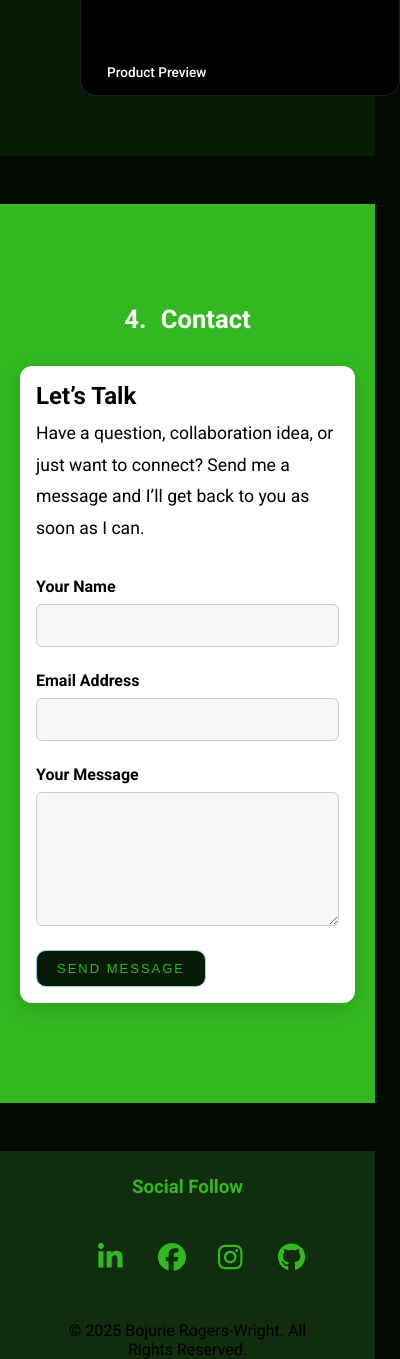
Repository: Bojurie/Portfolio_2022
Page: /
These files come from the project's save history. The page is drawn as it stood at one moment and after the next save; the edit follows.
The browser window is 375 px wide. The page is 400 px wide, so the pictures cover 400 px, including what lies to the right of the window. The pictures show the part of the page from y = 4637 to 6205 px (the page is 5996 px tall before and 6205 px after).
Pictures or frames that could not be fetched are drawn as grey boxes. The project was rebuilt for these pictures with package versions that can differ from the ones it lists, and the page was loaded fresh each time. Also part of the build but not shown: src/component/pages/Resume.css, src/component/pages/Resume.js. Imported but missing from the stored project, and not drawn on this page: src/component/Resume.pdf, src/component/images/video.mp4, src/component/videos/Screen Recording 2022-04-01 at 8.22.57 PM.mov, src/component/videos/Screen Recording 2022-04-01 at 8.23.25 PM.mov, src/component/videos/Screen Recording 2022-04-01 at 8.25.20 PM.mov, src/component/videos/Screen Recording 2022-04-01 at 8.27.28 PM.mov, src/component/videos/Screen Recording 2022-04-01 at 8.28.35 PM.mov, src/component/videos/Screen Recording 2022-04-01 at 8.30.37 PM.mov and 3 more.

Above is the page before, as saved 2025-04-21 02:22:47.

### public/index.html
<!DOCTYPE html>
<html lang="en">
  <head>
    <meta charset="utf-8" />
    <link rel="icon" href="%PUBLIC_URL%/favicon.ico" />
    <meta name="viewport" content="width=device-width, initial-scale=1" />
    <meta name="theme-color" content="#000000" />
    <meta
      name="description"
      content="Web site created using create-react-app"
    />
    <link rel="apple-touch-icon" href="%PUBLIC_URL%/logo192.png" />


    <link rel="manifest" href="%PUBLIC_URL%/manifest.json" />
    <!--
      Notice the use of %PUBLIC_URL% in the tags above.
      It will be replaced with the URL of the `public` folder during the build.
      Only files inside the `public` folder can be referenced from the HTML.

      Unlike "/favicon.ico" or "favicon.ico", "%PUBLIC_URL%/favicon.ico" will
      work correctly both with client-side routing and a non-root public URL.
      Learn how to configure a non-root public URL by running `npm run build`.
    -->
    <title>Bojurie Rogers-Wright | | Tech</title>
     <link rel="shortcut icon" href="%PUBLIC_URL%/favicon.ico">
    <link rel="apple-touch-icon" sizes="180x180" href="/apple-touch-icon.png">
    <link rel="icon" type="image/png" sizes="32x32" href="/favicon-32x32.png">
    <link rel="icon" type="image/png" sizes="16x16" href="/favicon-16x16.png">
    <link rel="manifest" href="/site.webmanifest">


    <link rel="preconnect" href="https://fonts.googleapis.com">
    <link rel="preconnect" href="https://fonts.gstatic.com" crossorigin>
    <link href="https://fonts.googleapis.com/css2?family=Montserrat:ital,wght@0,100;0,200;0,300;0,400;0,500;0,600;0,700;0,800;0,900;1,100;1,200;1,300;1,400;1,500;1,600;1,700;1,800;1,900&family=Roboto:ital,wght@0,300;0,400;0,500;0,700;1,300&display=swap" rel="stylesheet">
  </head>
  <body>
    <noscript>You need to enable JavaScript to run this app.</noscript>
    <div id="root"></div>

   <script>

   </script>
  </body>
</html>

### src/index.js
import React from 'react';
import ReactDOM from 'react-dom';
import App from './App'

ReactDOM.render(
  <React.StrictMode>
      <App />
  </React.StrictMode>,
  document.getElementById("root"))

### src/App.js
import React from "react";
import { BrowserRouter as Router, Routes, Route } from "react-router-dom";
import { AnimatePresence, motion } from "framer-motion";

import Home from "./component/pages/Home";
import About from "./component/pages/About";
import Project from "./component/pages/Project";
import Contact from "./component/pages/Contact";
import Resume from "./component/pages/Resume";
import Header from "./component/Header";
import Footer from "./component/pages/Footer";
import "./App.css";

const App = () => {
  return (
    <Router>
      <div className="app">
        <Header />
        <AnimatePresence mode="wait">
          <Routes>
            <Route
              path="/"
              element={
                <motion.div
                  initial={{ opacity: 0 }}
                  animate={{ opacity: 1 }}
                  exit={{ opacity: 0 }}
                >
                  <Home />
                </motion.div>
              }
            />
            <Route
              path="/about"
              element={
                <motion.div
                  initial={{ opacity: 0 }}
                  animate={{ opacity: 1 }}
                  exit={{ opacity: 0 }}
                >
                  <About />
                </motion.div>
              }
            />
            <Route
              path="/project"
              element={
                <motion.div
                  initial={{ opacity: 0 }}
                  animate={{ opacity: 1 }}
                  exit={{ opacity: 0 }}
                >
                  <Project />
                </motion.div>
              }
            />
            <Route
              path="/contact"
              element={
                <motion.div
                  initial={{ opacity: 0 }}
                  animate={{ opacity: 1 }}
                  exit={{ opacity: 0 }}
                >
                  <Contact />
                </motion.div>
              }
            />
            <Route
              path="/resume"
              element={
                <motion.div
                  initial={{ opacity: 0 }}
                  animate={{ opacity: 1 }}
                  exit={{ opacity: 0 }}
                >
                  <Resume />
                </motion.div>
              }
            />
          </Routes>
        </AnimatePresence>
        <Footer />
      </div>
    </Router>
  );
};

export default App;

### src/component/pages/Home.js
import React from "react";
import Hero from "../Hero";
import About from "./About";
import Project from "./Project";
import Contact from "./Contact";
import "./Home.css";

const Home = () => {
  return (
    <main className="home">
      <Hero />
      <About />
      <Project />
      <Contact />
    </main>
  );
};

export default Home;

### src/component/pages/About.js
import React from "react";
import "./About.css";
import image from "../images/IMG_0699-2.jpg";

const About = () => {
  return (
    <section className="about-section" id="about">
      <div className="about-container">
        <h2 className="about-title">
          <span className="highlighted">2.</span> About Me
        </h2>

        <div className="about-content">
          <div className="about-image">
            <img src={image} alt="Bojurie Rogers-Wright" />
          </div>

          <div className="about-text">
            <p>
              I'm <strong>Bojurie Rogers-Wright</strong>, a passionate
              full-stack developer focused on building elegant, responsive, and
              scalable web and mobile applications. I thrive on transforming
              ideas into impactful digital experiences — blending creativity
              with clean, functional code.
            </p>

            <p>
              My journey into tech began in 2004, sparked by a curiosity for
              hardware and systems. Over the years, I've grown through
              self-learning, professional experience, and a deep love for
              solving problems through software. Since 2019, I've been immersed
              in JavaScript ecosystems, collaborating on a variety of projects
              across startups, agencies, and client-based work.
            </p>

            <p>
              Today, I specialize in developing full-stack solutions with
              intuitive UI, efficient backend logic, and modern DevOps
              practices. I’m constantly learning and pushing boundaries to build
              accessible, high-performing applications.
            </p>

            <h3 className="skills-heading">🛠 Technologies I Work With:</h3>

            <div className="about-skills">
              <ul>
                <li>JavaScript (ES6+)</li>
                <li>React.js & React Native</li>
                <li>Next.js</li>
                <li>HTML5 / CSS3 / Sass</li>
              </ul>
              <ul>
                <li>Node.js</li>
                <li>Express.js</li>
                <li>MongoDB & MySQL</li>
                <li>Git & GitHub</li>
              </ul>
            </div>
          </div>
        </div>
      </div>
    </section>
  );
};

export default About;

### src/component/pages/Contact.js
import React, { useState, useRef } from "react";
import emailjs from "@emailjs/browser";
import Button from "../Button";
import "./Contact.css";

const Contact = () => {
  const form = useRef();
  const [submitted, setSubmitted] = useState(false);

  const sendEmail = (e) => {
    e.preventDefault();

    emailjs
      .sendForm(
        "service_sgy2c6a",
        "template_hlu2f0r",
        form.current,
        "user_ekwueKu8ixfoPD5a4qf2n"
      )
      .then(
        (result) => {
          console.log(result.text);
          setSubmitted(true);
        },
        (error) => {
          console.log(error.text);
        }
      );

    e.target.reset();
  };

  return (
    <section className="contact-section" id="contact">
      <div className="contact-container">
        <h2 className="contact-title">
          <span className="highlighted">4.</span> Contact
        </h2>

        <div className="contact-wrapper">
          <div className="contact-info">
            <h3>Let’s Talk</h3>
            <p>
              Have a question, collaboration idea, or just want to connect? Send
              me a message and I’ll get back to you as soon as I can.
            </p>
          </div>

          <form ref={form} onSubmit={sendEmail} className="contact-form">
            {submitted && (
              <p className="success-message">
                ✅ Message sent! Thanks for reaching out.
              </p>
            )}

            <div className="form-group">
              <label htmlFor="name">Your Name</label>
              <input type="text" name="name" id="name" required />
            </div>

            <div className="form-group">
              <label htmlFor="email">Email Address</label>
              <input type="email" name="email" id="email" required />
            </div>

            <div className="form-group">
              <label htmlFor="message">Your Message</label>
              <textarea
                name="message"
                id="message"
                rows="6"
                required
              ></textarea>
            </div>

            <Button type="submit">Send Message</Button>
          </form>
        </div>
      </div>
    </section>
  );
};

export default Contact;

### src/component/Header.js
import React from "react";
import Navbar from "./Navbar";
import "./Header.css";

const Header = () => {
  return (
    <header className="header">
      <Navbar />
    </header>
  );
};

export default Header;

### src/component/pages/Footer.js
import React from "react";
import SocialFollow from "../../SocialFollow";
import "./Footer.css";

const Footer = () => {
  const year = new Date().getFullYear();

  return (
    <footer className="footer">
      <div className="container">
        <div className="footer-wrapper">
          <SocialFollow />
          <p className="footer-copy">
            © {year} Bojurie Rogers-Wright. All Rights Reserved.
          </p>
        </div>
      </div>
    </footer>
  );
};

export default Footer;

### src/App.css
* {
  margin: 0;
  padding: 0;
  box-sizing: border-box;
}

body {
  font-family: 'Roboto', sans-serif;
  background-color: rgb(4, 10, 3);
}

.container {
  padding: 0 60px;
}

h1 {
  text-transform: uppercase;
  letter-spacing: 2px;
  font-size: 30px;
  text-align: center;
}

/* hr {
  width: 140px;
  background-color: black;
} */

.navBar {
  position: relative;
}

.navBar button {
  position: fixed;
  left: 40px;
  top: 40px;
  z-index: 10;
  cursor: pointer;
}

.menuNav {
  overflow-y: scroll;
  list-style: none;
  position: fixed;
  top: 0;
  background-image: linear-gradient(rgb(8, 27, 6), rgb(50, 185, 32));
  left: 0;
  bottom: 0;
  height: 100vh;
  width: 0;
  overflow: hidden;
  max-width: 290px;
  z-index: 9;
}

.menuNav.showMenu {
  width: 100%;
}

a {
  display: flex;
  padding: 30px;
  text-decoration: none;
  text-transform: uppercase;
  font-weight: bold;
}

.menuNav li:first-child {
  margin-top: 7rem;
}

@media screen and (max-width: 414px) {}

### src/component/Hero.js
import React from "react";
import "./Hero.css";
import backgroundVideo from "./images/video.mp4";
import Button from "./Button";

const Hero = () => {
  return (
    <section className="hero-container">
      <div className="hero-overlay">
        <video autoPlay loop muted playsInline className="hero-video">
          <source src={backgroundVideo} type="video/mp4" />
          Your browser does not support the video tag.
        </video>
      </div>

      <div className="hero-content">
        <h3>Welcome to</h3>
        <h2>B-Wright Codes</h2>
        <p>
          Creating beautiful Web and Mobile applications with different
          functionalities while keeping the code clean.
        </p>
        <Button>View Code Work</Button>
      </div>
    </section>
  );
};

export default Hero;

### src/component/pages/Home.css
.home {
  scroll-behavior: smooth;
  /* background-color: #fff; */
  color: #000;
}

section {
  margin-bottom: 5rem;
}

@media screen and (max-width: 768px) {
  section {
    margin-bottom: 3rem;
  }
}

### src/component/pages/About.css
.about-section {
  background-color: #f7f7f7;
  padding: 5rem 2rem;
}

.about-container {
  max-width: 1200px;
  margin: 0 auto;
}

.about-title {
  font-size: 2.5rem;
  font-weight: 700;
  margin-bottom: 3rem;
  text-align: left;
  color: #222;
}

.highlighted {
  color: #32b920;
  margin-right: 0.5rem;
}

.about-content {
  display: flex;
  align-items: flex-start;
  gap: 3rem;
  flex-wrap: wrap;
}

.about-image img {
  max-width: 300px;
  width: 100%;
  border-radius: 12px;
  object-fit: cover;
  box-shadow: 0 6px 20px rgba(0, 0, 0, 0.15);
}

.about-text {
  flex: 1;
  min-width: 280px;
}

.about-text p {
  font-size: 1.1rem;
  line-height: 1.8;
  margin-bottom: 1.5rem;
  color: #333;
}

.skills-heading {
  font-size: 1.2rem;
  margin-top: 2rem;
  font-weight: 600;
  color: #111;
}

.about-skills {
  display: flex;
  gap: 3rem;
  flex-wrap: wrap;
  margin-top: 1rem;
}

.about-skills ul {
  list-style-type: square;
  padding-left: 1.5rem;
}

.about-skills li {
  font-size: 1rem;
  margin-bottom: 0.5rem;
  color: #444;
}

/* Responsive */
@media screen and (max-width: 768px) {
  .about-content {
    flex-direction: column;
    align-items: center;
    text-align: center;
  }

  .about-title {
    text-align: center;
  }

  .about-skills {
    justify-content: center;
  }
}

### src/component/pages/Project.css
.project {
  padding: 100px 40px;
  background-color: #081b06;
  color: white;
}

.container {
  max-width: 1440px;
  margin: 0 auto;
}

.project-heading {
  font-size: 2.5rem;
  text-align: center;
  margin-bottom: 4rem;
  text-transform: uppercase;
  letter-spacing: 2px;
  color: #32b920;
}

.highlighted {
  color: white;
  margin-right: 0.5rem;
}

.project-grid {
  display: grid;
  grid-template-columns: repeat(auto-fit, minmax(320px, 1fr));
  gap: 2rem;
  padding: 0 20px;
}

.project-box {
  position: relative;
  width: 100%;
  aspect-ratio: 16 / 9;
  overflow: hidden;
  border-radius: 16px;
  background-color: #000;
  transition: transform 0.3s ease, box-shadow 0.3s ease;
  border: 1px solid rgba(255, 255, 255, 0.1);
  cursor: pointer;
}

.project-box:hover {
  transform: scale(1.03);
  box-shadow: 0 0 15px rgba(50, 185, 32, 0.2);
}

.project-video {
  width: 100%;
  height: 100%;
  object-fit: cover;
  display: block;
  border-radius: 16px;
  transition: filter 0.3s ease;
}

.project-box:hover .project-video {
  filter: brightness(1.05);
}

.project-label {
  position: absolute;
  bottom: 10px;
  left: 16px;
  background-color: rgba(0, 0, 0, 0.6);
  padding: 6px 12px;
  font-size: 1rem;
  font-weight: 500;
  color: #fff;
  border-radius: 8px;
  z-index: 2;
}

/* Tablet */
@media screen and (max-width: 992px) {
  .project-heading {
    font-size: 2rem;
  }

  .project-grid {
    gap: 1.5rem;
  }
}

/* Mobile */
@media screen and (max-width: 576px) {
  .project {
    padding: 60px 20px;
  }

  .project-heading {
    font-size: 1.6rem;
    margin-bottom: 2.5rem;
  }

  .project-grid {
    padding: 0;
  }

  .project-box {
    aspect-ratio: 4 / 3;
  }

  .project-label {
    font-size: 0.85rem;
    padding: 5px 10px;
  }
}

### src/component/Button.js
import React from 'react'
import './Button.css';

const Button = ({children,type, onClick}) => {
  return (
    <div className='button'>
        <button onClick={onClick} type={type}>
          {children}
        </button>
    </div>
  )
}

export default Button

### src/component/pages/Contact.css
.contact-section {
  background-color: #32b920;
  padding: 100px 20px;
  color: #fff;
}

.contact-container {
  max-width: 900px;
  margin: 0 auto;
}

.contact-title {
  font-size: 2.5rem;
  font-weight: 700;
  margin-bottom: 2rem;
  text-align: center;
}

.highlighted {
  color: #fff;
  margin-right: 0.5rem;
}

.contact-wrapper {
  display: flex;
  flex-direction: column;
  gap: 2rem;
  background: #fff;
  color: #000;
  padding: 2rem;
  border-radius: 12px;
  box-shadow: 0 6px 20px rgba(0, 0, 0, 0.15);
}

.contact-info h3 {
  font-size: 1.8rem;
  margin-bottom: 0.5rem;
}

.contact-info p {
  font-size: 1.1rem;
  line-height: 1.8;
}

.contact-form {
  display: flex;
  flex-direction: column;
  gap: 1.5rem;
}

.form-group {
  display: flex;
  flex-direction: column;
}

.form-group label {
  font-weight: 600;
  margin-bottom: 0.5rem;
}

.form-group input,
.form-group textarea {
  padding: 0.75rem 1rem;
  font-size: 1rem;
  border: 1px solid #ccc;
  border-radius: 6px;
  background-color: #f7f7f7;
  transition: border-color 0.3s ease;
}

.form-group input:focus,
.form-group textarea:focus {
  border-color: #32b920;
  outline: none;
  background-color: #fff;
}

.success-message {
  background-color: #eaffea;
  color: #2e7d32;
  padding: 1rem;
  border-left: 4px solid #2e7d32;
  border-radius: 6px;
  font-size: 1rem;
  font-weight: 500;
}

/* Responsive Styles */
@media screen and (max-width: 768px) {
  .contact-title {
    font-size: 2rem;
  }

  .contact-wrapper {
    padding: 1.5rem;
  }

  .contact-info h3 {
    font-size: 1.5rem;
  }
}

@media screen and (max-width: 480px) {
  .contact-wrapper {
    padding: 1rem;
  }

  .contact-title {
    font-size: 1.6rem;
  }

  .form-group input,
  .form-group textarea {
    font-size: 0.95rem;
  }
}

### src/component/Header.css
.header {
  width: 100%;
  background-color: #000;
  padding: 10px 0;
  z-index: 1000;
  position: relative;
}

### src/SocialFollow.js
import React from "react";
import { FontAwesomeIcon } from "@fortawesome/react-fontawesome";
import {
  faFacebook,
  faInstagram,
  faGithub,
  faLinkedinIn
} from "@fortawesome/free-brands-svg-icons";
import './SocialFollow.css';

const SocialFollow = () => {
  return (
    <div class="social-container">
      <h3>Social Follow</h3>
      <a href="https://www.linkedin.com/in/bojurie-rogers-wright/"
        className="linkedin social" target='_blank' rel="noopener noreferrer">
        <FontAwesomeIcon icon={faLinkedinIn} size="2x" />
      </a>

       <a href="https://www.facebook.com/bojurie.rogers/"
        className="facebook social" target='_blank' rel="noopener noreferrer">
        <FontAwesomeIcon icon={faFacebook} size="2x" />
      </a>

      {/* <a href="https://www.twitter.com/jamesqquick" className="twitter social" target='_blank' rel="noopener noreferrer">
        <FontAwesomeIcon icon={faTwitter} size="2x" />
      </a> */}

      <a href="https://www.instagram.com/bwrightcodes/"
        className="instagram social" target='_blank' rel="noopener noreferrer">
        <FontAwesomeIcon icon={faInstagram} size="2x" />
      </a>
      <a href="https://github.com/Bojurie"
        className="github social" target='_blank' rel="noopener noreferrer">
        <FontAwesomeIcon icon={faGithub} size="2x" />
      </a>

    </div>
  );
}
export default SocialFollow;

### src/component/pages/Footer.css
.footer {
  background-color: rgba(18, 51, 15, 0.89);
  height: auto;
  text-align: center;
}

@media screen and (max-width: 414px) {}

### src/component/Hero.css
.hero-container {
  position: relative;
  width: 100%;
  /* height: 100vh; */
  display: flex;
  align-items: center;
  justify-content: center;
  overflow: hidden;
  color: white;
}

.hero-overlay {
  position: absolute;
  top: 0;
  left: 0;
  width: 100%;
  height: 100%;
  z-index: -1;
}

.hero-video {
  width: 100%;
  height: 100%;
  object-fit: cover;
  filter: brightness(0.5);
}

.hero-content {
  z-index: 1;
  max-width: 800px;
  padding: 2rem;
  text-align: center;
  background: rgba(0, 0, 0, 0.4);
  backdrop-filter: blur(6px);
  border-radius: 12px;
  animation: fadeIn 1.2s ease-in-out;
}

.hero-content h3 {
  font-size: 1.5rem;
  letter-spacing: 2px;
  margin-bottom: 0.5rem;
}

.hero-content h2 {
  font-size: 3rem;
  font-family: "Roboto", sans-serif;
  font-weight: 600;
  letter-spacing: 3px;
  margin-bottom: 1rem;
}

.hero-content p {
  font-size: 1.2rem;
  line-height: 1.6;
  margin-bottom: 2rem;
}

.hero-content button {
  padding: 0.8rem 2rem;
  font-size: 1rem;
  background-color: #32b920;
  color: white;
  border: none;
  border-radius: 6px;
  cursor: pointer;
  transition: all 0.3s ease;
}

.hero-content button:hover {
  background-color: #2a9f1a;
  transform: scale(1.05);
}

/* Animations */
@keyframes fadeIn {
  0% {
    opacity: 0;
    transform: translateY(30px);
  }
  100% {
    opacity: 1;
    transform: translateY(0);
  }
}

/* Tablet */
@media screen and (max-width: 768px) {
  .hero-content h2 {
    font-size: 2.2rem;
  }

  .hero-content p {
    font-size: 1.1rem;
  }

  .hero-content {
    padding: 1.5rem;
  }
}

/* Mobile */
@media screen and (max-width: 480px) {
  .hero-content h2 {
    font-size: 1.6rem;
  }

  .hero-content h3 {
    font-size: 1rem;
  }

  .hero-content p {
    font-size: 1rem;
  }

  .hero-content {
    width: 90%;
    padding: 1rem;
  }
}

### src/component/Button.css
button {
  padding: 15px 40px;
  font-size: 15px;
  border-radius: 10px;
  background-color: rgb(8, 27, 6);
  color: rgb(50, 185, 32);
  letter-spacing: 2px;
  text-transform: uppercase;
  border: 1px solid rgb(152, 207, 233);
}


@media screen and (max-width: 414px) {
  button {
    padding: 10px 20px;
    font-size: 13px;
  }
}

### src/component/Navbar.css
.Navbar {
  display: flex;
  justify-content: space-between;
  align-items: center;
  padding: 0 2rem;
  height: 100px;
  color: white;
  position: relative;
  background-color: #000;
}

.logo a {
  color: white;
  text-decoration: none;
  font-size: 1.8rem;
  font-weight: bold;
}

.menu-toggle {
  background: none;
  border: none;
  color: white;
  font-size: 2rem;
  cursor: pointer;
  display: none;
}

/* Desktop Menu */
.nav-links-desktop {
  display: flex;
  gap: 2rem;
  list-style: none;
}

.nav-links-desktop li a {
  text-decoration: none;
  color: white;
  font-weight: 600;
  font-size: 1rem;
  transition: color 0.3s ease;
}

.nav-links-desktop li a:hover {
  color: #32b920;
}

.resume a {
  border: 1px solid white;
  padding: 6px 12px;
  border-radius: 4px;
}

/* Mobile Menu */
.nav-links-mobile {
  list-style: none;
  display: flex;
  flex-direction: column;
  position: absolute;
  top: 100px;
  left: 0;
  width: 100%;
  background-color: #000;
  overflow: hidden;
  z-index: 10;
  padding: 1rem 0;
}

.nav-links-mobile li {
  padding: 1rem;
  text-align: center;
}

.nav-links-mobile li a {
  color: white;
  text-decoration: none;
  font-size: 1.2rem;
  font-weight: 500;
}

.nav-links-mobile li a:hover {
  color: #32b920;
}

/* Show Toggle & Hide Desktop Links on Mobile */
@media screen and (max-width: 768px) {
  .menu-toggle {
    display: block;
  }

  .nav-links-desktop {
    display: none;
  }
}

### src/SocialFollow.css
.social-container {
  padding: 25px 50px;
}

.social-container h3 {
  padding: 5px 0 15px;
  color: rgb(50, 185, 32);

}

a.social {
  margin: 0 1rem;
  transition: transform 250ms;
  display: inline-block;
}

a.social:hover {
  transform: translateY(-2px);
  color: white;
}


.social {
  color: rgb(50, 185, 32);
  width: 60px;
  height: auto;
}

@media screen and (max-width: 414px) {
  a.social {
    font-size: 14px;
    margin: 0;
  }

  .social-container {
    padding: 20px 0;
  }
}

Loaded but not shown: src/component/pages/Project.js (69 lines, source omitted); src/component/Navbar.js (93 lines, source omitted)

After the next save:
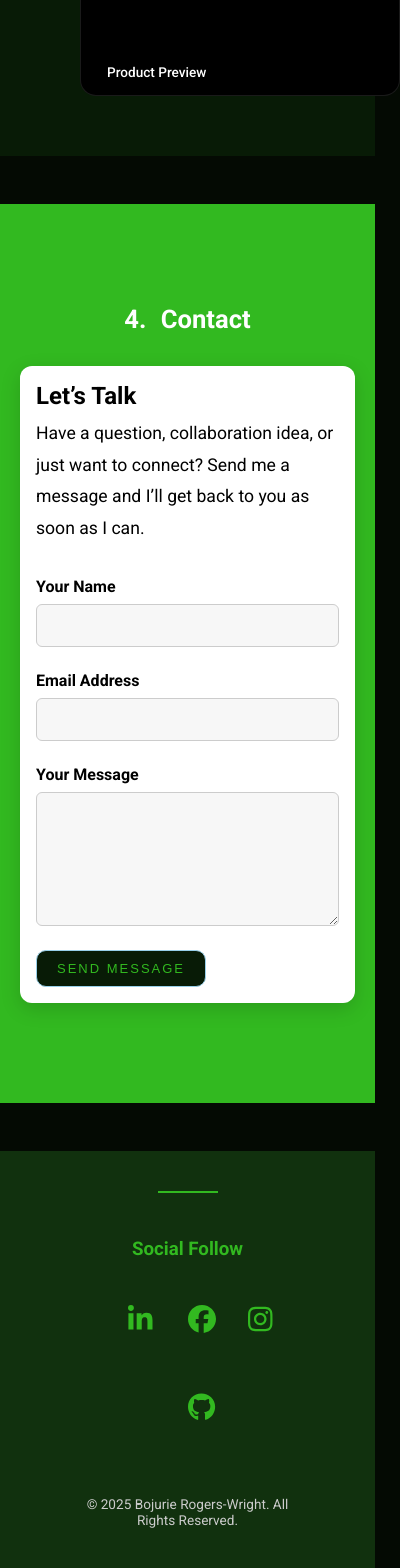
Saved 70 s later.
--- a/src/component/pages/Footer.css
+++ b/src/component/pages/Footer.css
@@ -1,7 +1,41 @@
 .footer {
-  background-color: rgba(18, 51, 15, 0.89);
-  height: auto;
+  background-color: rgba(18, 51, 15, 0.95);
+  padding: 40px 20px;
   text-align: center;
+  color: white;
+  position: relative;
 }
 
-@media screen and (max-width: 414px) {}
+.footer-wrapper {
+  display: flex;
+  flex-direction: column;
+  align-items: center;
+  gap: 20px;
+}
+
+.footer-copy {
+  font-size: 0.95rem;
+  color: #ccc;
+  margin-top: 10px;
+}
+
+/* Optional subtle border at the top */
+.footer::before {
+  content: "";
+  display: block;
+  height: 2px;
+  width: 60px;
+  background-color: #32b920;
+  margin: 0 auto 20px;
+}
+
+/* Responsive */
+@media screen and (max-width: 768px) {
+  .footer-wrapper {
+    gap: 15px;
+  }
+
+  .footer-copy {
+    font-size: 0.85rem;
+  }
+}
